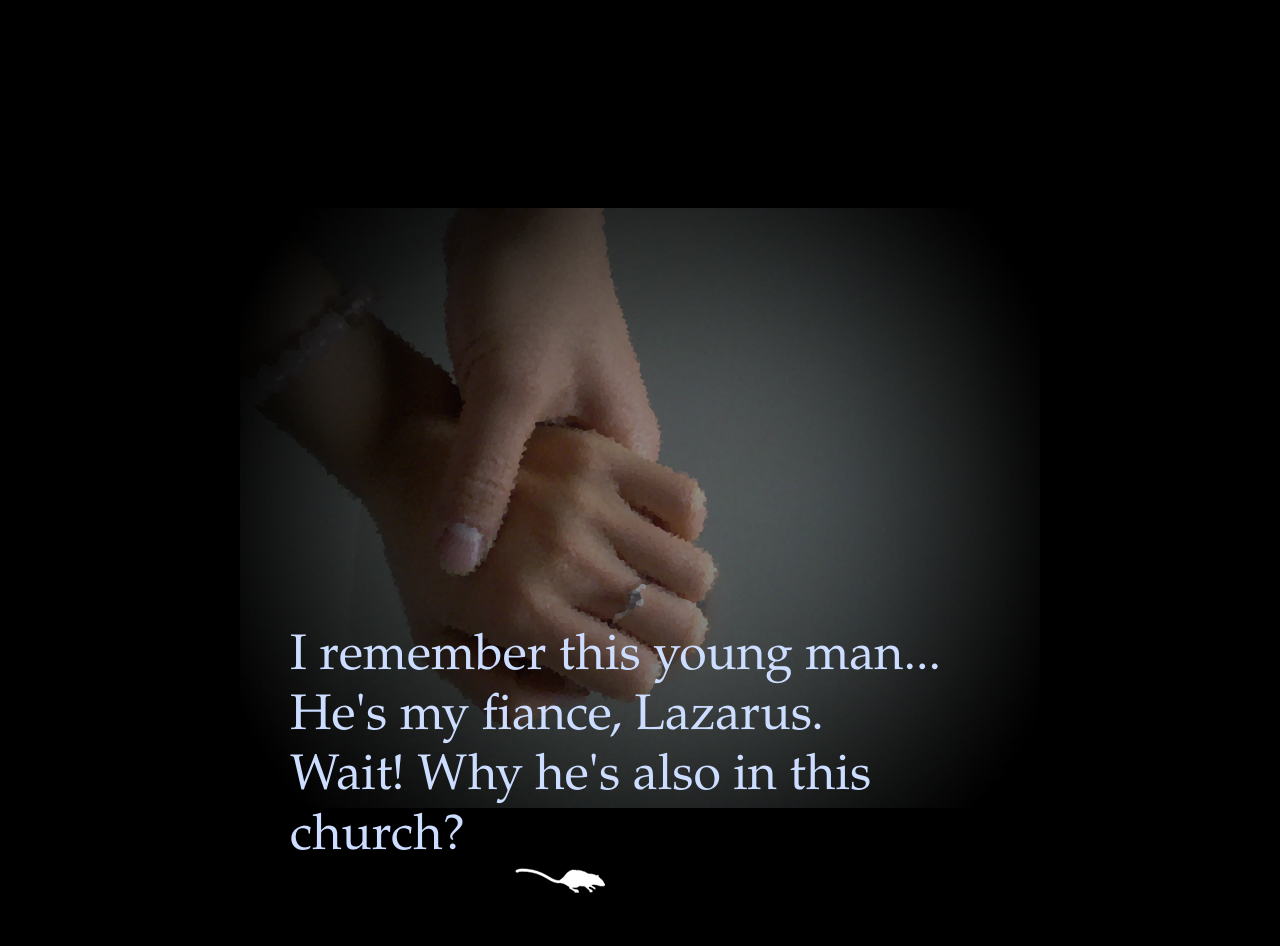
Repository: yiy225/yiy225.github.io
Page: final/ymm1.html
The author's editor kept a record of every edit. The page is drawn from the files as they stood at one moment, then again after the next edit.
The browser window is 1280 px wide. The pictures show the whole page.

Above is the page before.

After the next edit:
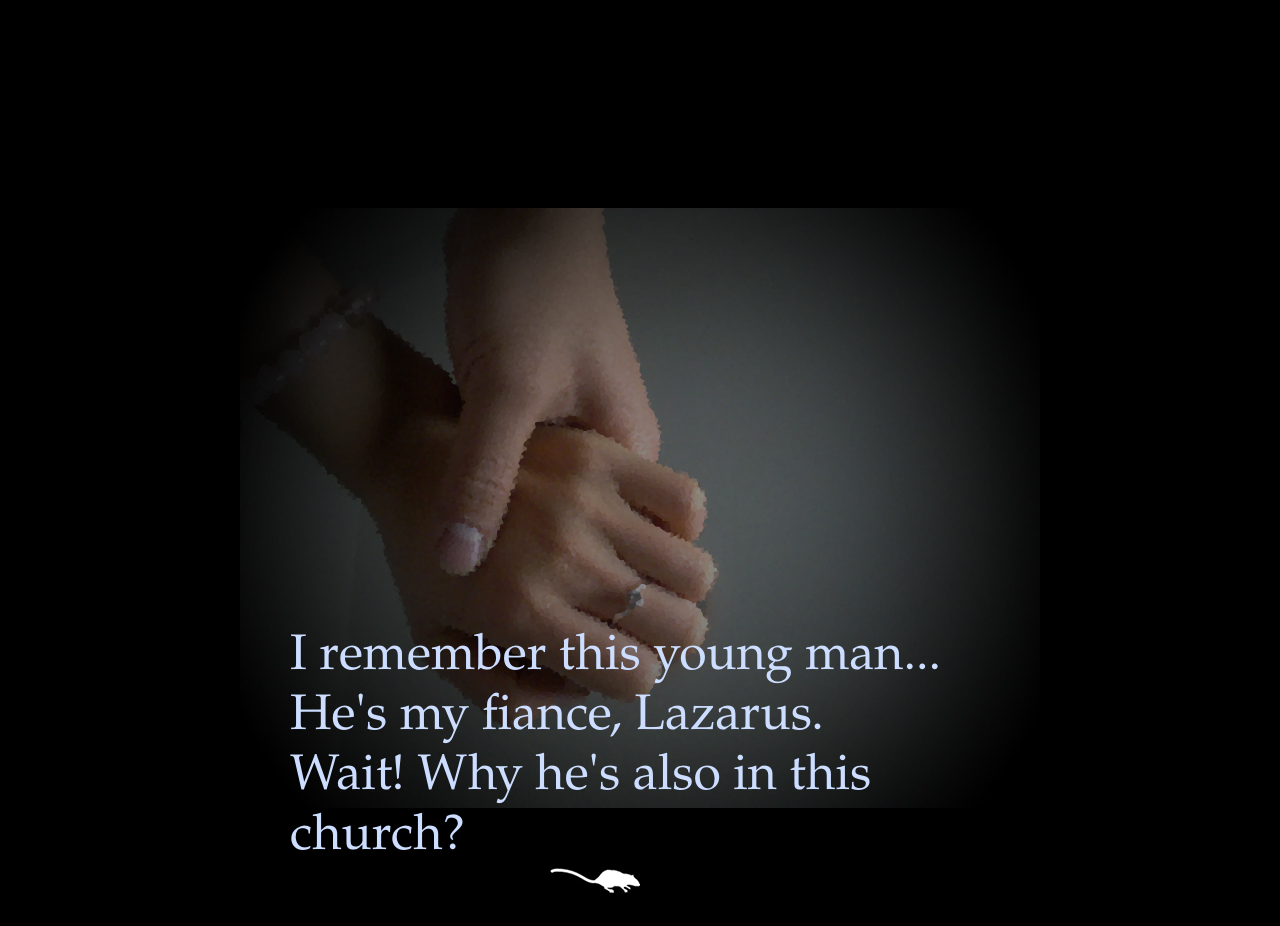
The edit:
--- a/final/styles ymm1.css
+++ b/final/styles ymm1.css
@@ -36,8 +36,8 @@
 }
 
 .mouse {
-   width: 250px;
-   height: 70px;
+   width: 180px;
+   height: 50px;
    background-image: url(mouse.jpg);
    background-repeat: no-repeat;
    display: block;
